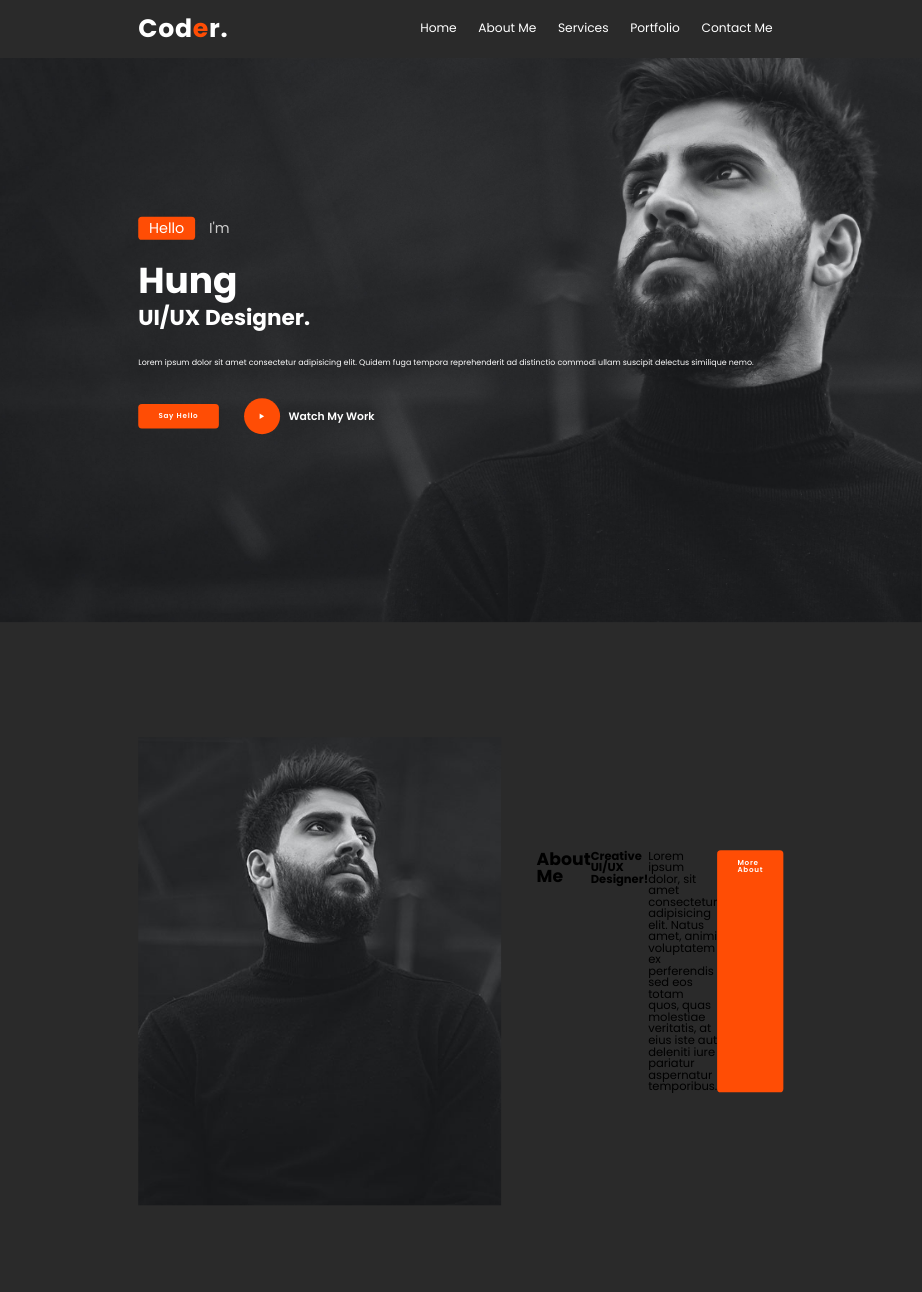
Repository: HungNg99/Protifolio2
Page: Portfolio/index.html
These files come from the project's save history. The page is drawn as it stood at one moment and after the next save; the edit follows.
The browser window is 1280 px wide. The pictures show the whole page, at 72% of full size.

Above is the page before, as saved 2022-12-11 08:25:03.

### Portfolio/index.html
<!DOCTYPE html>
<html lang="en">

<head>
    <meta charset="UTF-8">
    <meta http-equiv="X-UA-Compatible" content="IE=edge">
    <meta name="viewport" content="width=device-width, initial-scale=1.0">
    <title>Portfolio</title>
    <link rel="stylesheet" href="./reset.css">
    <link rel="stylesheet" href="./style.css">
    <link rel="stylesheet" href="https://cdnjs.cloudflare.com/ajax/libs/font-awesome/6.2.1/css/all.min.css"
        integrity="sha512-MV7K8+y+gLIBoVD59lQIYicR65iaqukzvf/nwasF0nqhPay5w/9lJmVM2hMDcnK1OnMGCdVK+iQrJ7lzPJQd1w=="
        crossorigin="anonymous" referrerpolicy="no-referrer" />

        <link rel="stylesheet"
        href="https://unpkg.com/boxicons@latest/css/boxicons.min.css">

    <link
        href="https://fonts.googleapis.com/css2?family=Montserrat:wght@800&family=Poppins:ital,wght@0,300;0,400;0,600;0,700;1,600&family=Roboto:wght@300;500&display=swap"
        rel="stylesheet">
</head>

<body>
    <!-- header design-->
    <header>
        <a href="#" class="logo">Cod<span>e</span>r.</a>
        <ul class="nav-list">
            <li><a href="#home" class="nav-link">
                    Home
                </a></li>
            <li><a href="#about" class="nav-link">
                    About Me
                </a></li>
            <li><a href="#services" class="nav-link">
                    Services
                </a></li>
            <li><a href="#portfolio" class="nav-link">
                    Portfolio
                </a></li>
            <li><a href="#contact" class="nav-link">
                    Contact Me
                </a></li>
        </ul>

        <div class="bx bx-menu" id="menu-icon">
        </div>
    </header>

    <!-- home section design -->
    <section class="home" id="home">
       <div class="home-text">
        <div class="slide">
            <span class="one">Hello</span>
            <span class="two">I'm</span>
        </div>
        <h1>Hung</h1>
        <h3>UI/UX <span>Designer.</span> </h3>
        <p>Lorem ipsum dolor sit amet consectetur adipisicing elit. Quidem fuga tempora reprehenderit ad distinctio commodi ullam suscipit delectus similique nemo.</p>
        <div class="button">
            <a href="#" class="btn">Say Hello</a>
            <a href="#" class="btn2"><span><i class='bx bx-play'></i>Watch My Work</span></a>
        </div>
       </div>
    </section>

    <!-- about section design -->
    <section class="about" id="about">
        <div class="about-img">
            <img src="./img/about.jpg" alt="">
        </div>
        <div class="about-text">
            <h2>About <span>Me</span></h2>
            <h4>Creative UI/UX Designer!</h4>
            <p>Lorem ipsum dolor, sit amet consectetur adipisicing elit. Natus amet, animi voluptatem ex perferendis sed eos totam quos, quas molestiae veritatis, at eius iste aut deleniti iure pariatur aspernatur temporibus.</p>
            <a href="#" class="btn">More About</a>
        </div>
    </section>
    <script src="./scripts.js"></script>
</body>

</html>

### Portfolio/reset.css
html {
    box-sizing: border-box;
  }
  * {
    margin: 0;
    padding: 0;
  }
  *,
  *:before,
  *:after {
    box-sizing: border-box;
  }
  input,
  textarea,
  select,
  button {
    outline: none;
  }
  input {
    line-height: normal;
  }
  label,
  button {
    cursor: pointer;
  }
  a {
    text-decoration: none;
  }
  img {
    display: block;
    max-width: 100%;
  }
  *,
  *:before,
  *:after {
    box-sizing: border-box;
  }
  /* using rem unit */
  html {
    font-size: 62.5%;
  }
  a {
    text-decoration: none;
  }
  img {
    display: block;
    max-width: 100%;
  }
  body {
    font-family: "Poppins", sans-serif;
    font-size: 16px;
    line-height: 1;
    list-style: none;
    scroll-behavior: smooth;
    /* height: 200vh; */
  }

### Portfolio/style.css
body{
    background-color: var(--bg-color);
}
:root {
    --bg-color: #2a2a2a;
    --second-bg-color: #202020;
    --text-color: #fff;
    --second-color: #ccc;
    --main-color: #ff4d05;
    --big-font: 5rem;
    --h2-font: 3rem;
    --p-font: 1.1rem;
}

header {
    position: fixed;
    width: 100%;
    top: 0;
    right: 0;
    z-index: 1000;
    align-items: center;
    justify-content: space-between;
    background: var(--bg-color);
    padding: 22px 15%;
    border-bottom: 1px solid transparent;
    transition: all 0.45s ease;
    display: flex;
    justify-content: space-between;
    align-items: center;
}

.logo {
    color: var(--text-color);
    font-size: 35px;
    font-weight: 700;
    letter-spacing: 1px;
}

.logo span {
    color: var(--main-color);
}

.nav-list {
    display: flex;
    list-style: none;
}

.nav-list .nav-link {
    color: var(--text-color);
    margin: 0 15px;
    font-size: 17px;
    font-weight: 500;
    transition: all 0.45s ease;
}

.nav-list .nav-link:hover {
    color: var(--main-color);
}

.nav-list .nav-link.active {
    color: var(--main-color);
}

#menu-icon {
    color: var(--text-color);
    font-size: 35px;
    z-index: 10001;
    cursor: pointer;
    margin-left: 25px;
    display: none;

}

section {
    padding: 160px 15% 120px;
}

.home {
    position: relative;
    background-image: url(./img/background.jpg);
    background-repeat: no-repeat;
    background-position: center;
    background-size: cover;
    height: 120vh;
    width: 100%;
    display: flex;
    align-items: center;
    justify-content: flex-start;
}

.slide {
    margin-bottom: 30px;
}

.one {
    display: inline-block;
    margin-right: 15px;
    height: 32px;
    padding: 0 15px;
    line-height: 32px;
    font-size: 20px;
    font-weight: 500;
    border-radius: 5px;
    background-color: var(--main-color);
    color: var(--text-color);
}

.two {
    display: inline-block;
    color: var(--second-color);
    font-size: 20px;
    font-weight: 500;
}
.home-text h1 {
    font-size: var(--big-font);
    font-weight: 700;
    color: var(--text-color);
    line-height:1.1;
    margin: 0 0 8px;
}
.home-text h3{
    color: var(--text-color);
    margin: 0 0 35px;
    font-size: 3rem;
    font-weight: 700;
    line-height:1.1;
}
.home-text p{
    color: var(--text-color);
    font-size: var(--p-font);
    line-height:1.8;
    margin-bottom: 40px;
}
.button{
    display:flex;
    align-items: center;
    justify-content: flex-start;
}
.btn{
    display: inline-block;
    padding: 12px 28px;
    background: var(--main-color);
    border-radius: 5px;
    color: var(--text-color);
    font-size:1rem;
    letter-spacing: 1px;
    font-weight: 600;
    transition: all 0.45s ease;
}
.btn:hover{
    transform: scale(1.1);
}
.btn2{
    display: inline-flex;
    align-items: center;
    justify-content: center;
    font-size: 15px;
    font-weight:600;
    color: var(--text-color);
    margin-left: 35px;
}
.btn2 span{
    display: inline-flex;
    align-items: center;
    justify-content: center;
}
.btn2 span i{
    margin-right: 12px;
    height: 50px;
    width: 50px;
    border-radius: 50%;
    display: flex;
    align-items: center;
    justify-content: center;
    transition: all 0.45s ease;
    background-color: var(--main-color);
    color: var(--text-color);
}
.btn2 span i:hover{
    transform: scale(1.1);
}

.about{
    display: flex;
    align-items: center;
    justify-content: space-between;
}


.about-img{

}
.about-text{
    display: inline-flex;
    flex:0.6;
}

Loaded but not shown: Portfolio/scripts.js (no copy from this time; the picture is the same without it)

After the next save:
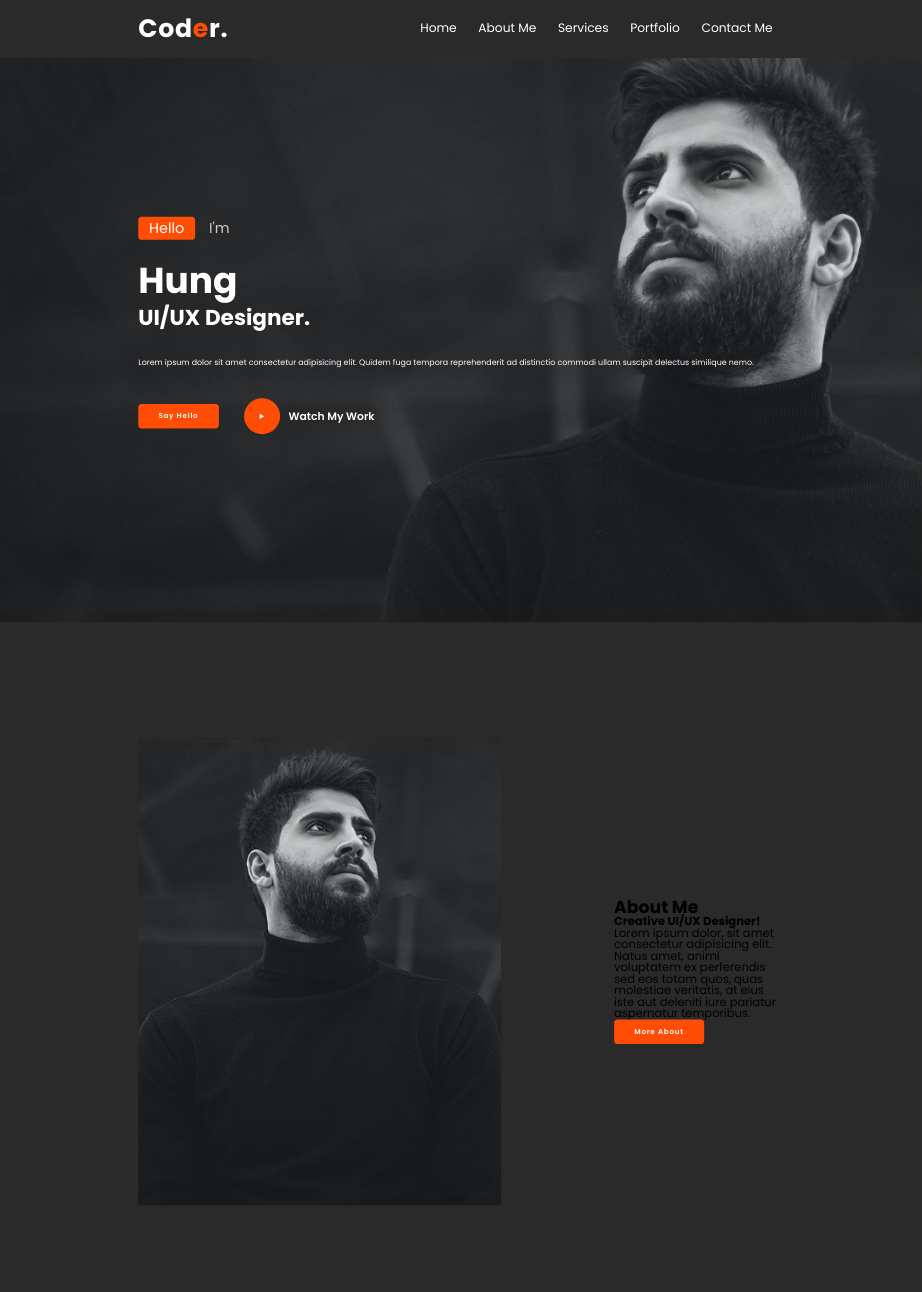
Saved 10 s later.
--- a/Portfolio/style.css
+++ b/Portfolio/style.css
@@ -191,6 +191,6 @@ section {
 
 }
 .about-text{
-    display: inline-flex;
+    /* display: inline-flex; */
     flex:0.6;
 }
